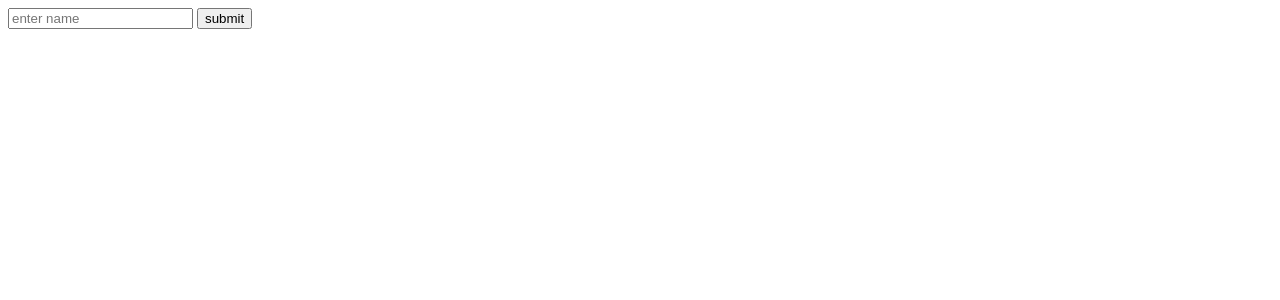
Repository: SamadK24/javaAssignments
Page: 26-ServletDemo/src/main/webapp/Example1.html
An editor plug-in stored every save of this project. The page is shown before and after the next save, followed by the edit.
The browser window is 1280 px wide. The pictures show the whole page.

Above is the page before, as saved 2025-07-29 09:13:48.

### 26-ServletDemo/src/main/webapp/Example1.html
<!DOCTYPE html>
<html>
<head>
<meta charset="ISO-8859-1">
<title>Login</title>
</head>
<body>


  <form action="login" method="get">
   <input  type="text" name="username" placeholder="enter name">
   <input type="submit" value="submit">
  </form>

</body>
</html>

After the next save:
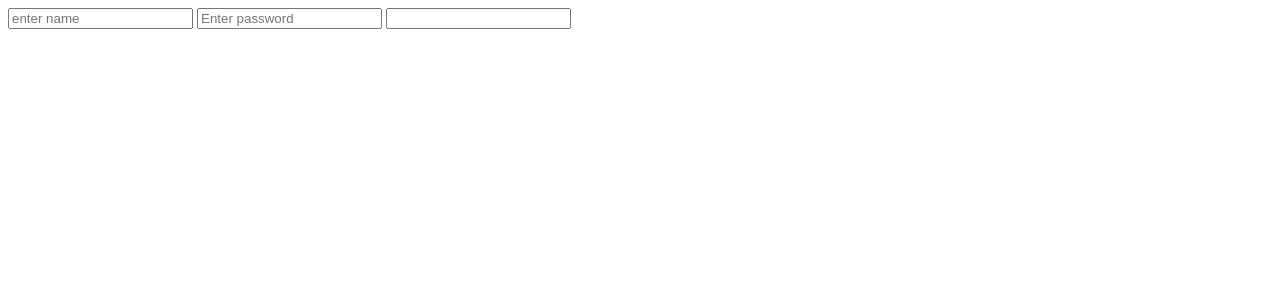
Saved 17 min 39 s later.
--- a/26-ServletDemo/src/main/webapp/Example1.html
+++ b/26-ServletDemo/src/main/webapp/Example1.html
@@ -9,7 +9,8 @@
 
   <form action="login" method="get">
    <input  type="text" name="username" placeholder="enter name">
-   <input type="submit" value="submit">
+   <input type="password" name="password" placeholder="Enter password">
+   <input type="login" name="login">
   </form>
 
 </body>
